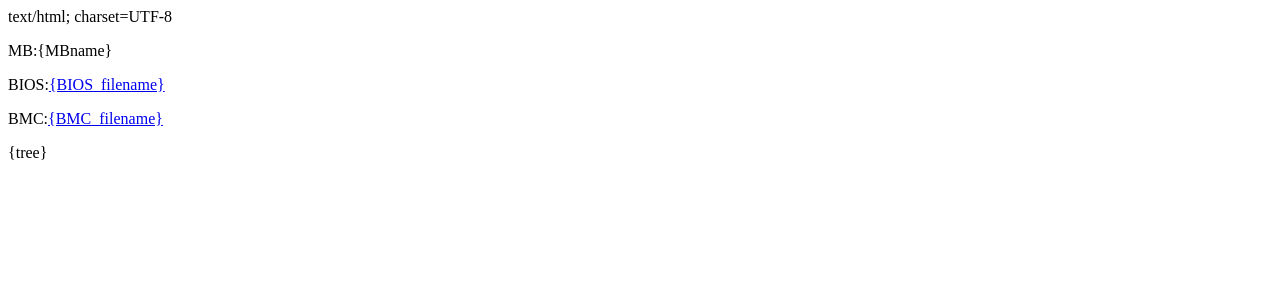
Repository: tttt1213/BIOSversion
Page: result.html
An editor plug-in stored every save of this project. The page is shown before and after the next save, followed by the edit.
The browser window is 1280 px wide. The pictures show the whole page.

Above is the page before, as saved 2023-03-31 16:14:24.

### result.html
<!DOCTYPE html> text/html; charset=UTF-8
<html>
<head>
<title>{}</title>
</head>
<body>
<header class="header">
</header>
<div class="content">
<p>MB:<a>{MBname}</a></p>
<p>BIOS:<a href="{BIOSver}">{BIOS_filename}<a/></p>
<p>BMC:<a href="{BMCver}">{BMC_filename}<a/></p>
</div>
<div>{tree}</div>
</body>
</html>

After the next save:
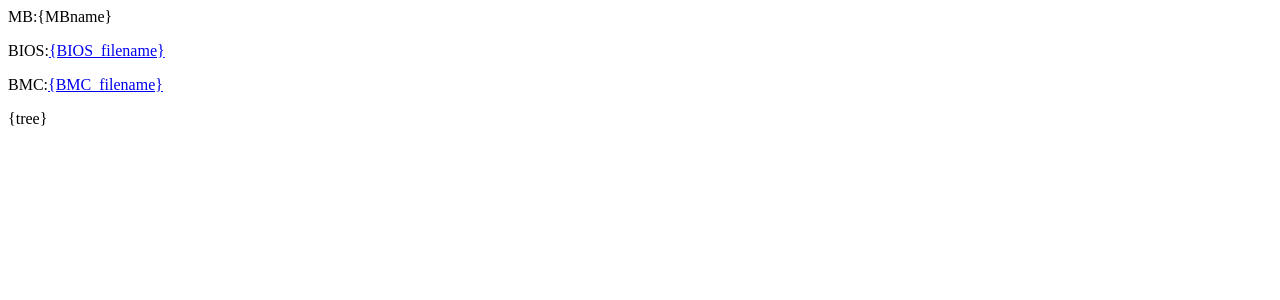
Saved 5 min 45 s later.
--- a/result.html
+++ b/result.html
@@ -1,4 +1,3 @@
-<!DOCTYPE html> text/html; charset=UTF-8
 <html>
 <head>
 <title>{}</title>
